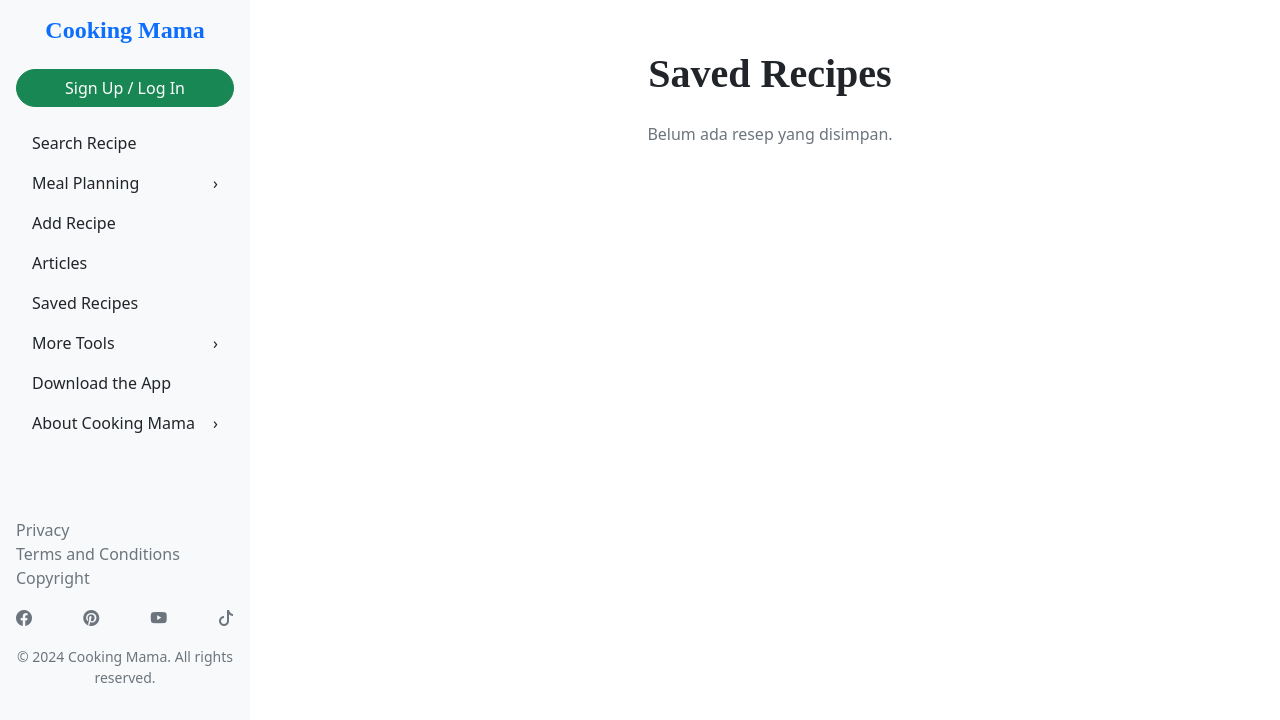
Repository: julius2510/UAS_Frontend_Kelompok10
Page: views/saved_recipes.html
The author's editor kept a copy of each file at every save. The page is drawn from the files as they stood at one save, then again after the next save.
The browser window is 1280 px wide. The pictures show the whole page.

Above is the page before, as saved 2024-11-24 09:08:33.
Console error: TypeError: Cannot read properties of null (reading 'addEventListener')

### views/saved_recipes.html
<!DOCTYPE html>
<html lang="en">
<head>
  <meta charset="UTF-8">
  <meta name="viewport" content="width=device-width, initial-scale=1.0">
  <title>Saved Recipes</title>
  <link href="https://cdn.jsdelivr.net/npm/bootstrap@5.3.0/dist/css/bootstrap.min.css" rel="stylesheet">
  <link href="https://cdn.jsdelivr.net/npm/bootstrap-icons/font/bootstrap-icons.css" rel="stylesheet">
</head>
<body>
  <div class="d-flex">
    <!-- Sidebar Navbar -->
    <nav class="bg-light p-3 d-flex flex-column justify-content-between" style="width: 250px; height: 100vh; position: fixed; top: 0; left: 0; overflow-y: auto;">
      <!-- Header -->
      <div>
        <a href="/" style="text-decoration: none;">
          <h2 class="fs-4 fw-bold text-primary text-center" style="font-family: cursive;">Cooking Mama</h2>
        </a>
        <a href="/loginin" style="text-decoration: none;">
          <button class="btn btn-success w-100 rounded-pill my-3">Sign Up / Log In</button>
        </a>
        <ul class="nav flex-column">
          <!-- Search Recipe -->
          <li class="nav-item">
            <a href="/" class="nav-link text-dark">Search Recipe<span class="float-end"></span></a>
          </li>
          <!-- Meal Planning -->
          <li class="nav-item">
            <a class="nav-link text-dark" data-bs-toggle="collapse" href="#collapseMealPlanning" role="button" aria-expanded="false" aria-controls="collapseMealPlanning">
              Meal Planning <span class="float-end">&rsaquo;</span>
            </a>
            <div class="collapse" id="collapseMealPlanning">
              <ul class="list-unstyled ps-3">
                <li><a href="#" class="nav-link text-secondary">Weekly Plan</a></li>
                <li><a href="#" class="nav-link text-secondary">Shopping List</a></li>
              </ul>
            </div>
          </li>
          <!-- Recipes -->
          <li class="nav-item">
            <a href="/addrecipe" class="nav-link text-dark">Add Recipe<span class="float-end"></span></a>
          </li>
          <!-- Articles -->
          <li class="nav-item">
            <a href="/article" class="nav-link text-dark">Articles <span class="float-end"></span></a>
          </li>
          <!-- Saved Recipes -->
          <li class="nav-item">
            <a href="/resep" class="nav-link text-dark">Saved Recipes <span class="float-end"></span></a>
          </li>
          <!-- More Tools -->
          <li class="nav-item">
            <a class="nav-link text-dark" data-bs-toggle="collapse" href="#collapseTools" role="button" aria-expanded="false" aria-controls="collapseTools">
              More Tools <span class="float-end">&rsaquo;</span>
            </a>
            <div class="collapse" id="collapseTools">
              <ul class="list-unstyled ps-3">
                <li><a href="#" class="nav-link text-secondary">Cooking Timer</a></li>
                <li><a href="#" class="nav-link text-secondary">Measurement Converter</a></li>
              </ul>
            </div>
          </li>
          <!-- Download the App -->
          <li class="nav-item">
            <a href="#" class="nav-link text-dark">Download the App <span class="float-end"></span></a>
          </li>

          <li class="nav-item">
            <a class="nav-link text-dark" data-bs-toggle="collapse" href="#collapseAbout" role="button" aria-expanded="false" aria-controls="collapseTools">
              About Cooking Mama <span class="float-end">&rsaquo;</span>
            </a>
            <div class="collapse" id="collapseAbout">
              <ul class="list-unstyled ps-3">
                <li><a href="/about" class="nav-link text-secondary">About Us</a></li>
                <li><a href="contact.html" class="nav-link text-secondary">Contact Us</a></li>
                <li><a href="faq.html" class="nav-link text-secondary">FAQ</a></li>
              </ul>
            </div>
          </li>
        </ul>
      </div>

      <!-- Footer -->
      <div>
        <ul class="list-unstyled">
          <li><a href="#" class="nav-link text-secondary">Privacy</a></li>
          <li><a href="#" class="nav-link text-secondary">Terms and Conditions</a></li>
          <li><a href="#" class="nav-link text-secondary">Copyright</a></li>
        </ul>
        <div class="d-flex justify-content-between mt-3">
          <a href="#" class="text-secondary"><i class="bi bi-facebook"></i></a>
          <a href="#" class="text-secondary"><i class="bi bi-pinterest"></i></a>
          <a href="#" class="text-secondary"><i class="bi bi-youtube"></i></a>
          <a href="#" class="text-secondary"><i class="bi bi-tiktok"></i></a>
        </div>
        <p class="text-secondary mt-3 text-center small">© 2024 Cooking Mama. All rights reserved.</p>
      </div>
    </nav>

    <!-- Main Content -->
    <div class="container" style="margin-left: 260px; margin-top: 50px;">
      <h1 class="text-center fw-bold mb-4" style="font-family: cursive;">Saved Recipes</h1>
      <div id="savedRecipesList" class="row g-4"></div>
      <div id="recipeDetails" class="mt-5"></div>
    </div>

    <script>



      // Fungsi untuk mengambil detail resep berdasarkan ID
      async function getRecipeDetails(recipeId) {
        try {
          // Ganti dengan URL API resep yang valid atau sumber data Anda
          const apiKey = "c30bb4e46d6d4ec082eb3f1c8cf1c071"; // Ganti dengan kunci API Anda
          const response = await fetch(`https://api.spoonacular.com/recipes/${recipeId}/information?apiKey=${apiKey}`);
          if (!response.ok) throw new Error('Gagal memuat data resep.');
          const data = await response.json();
          return data;
        } catch (error) {
          alert('Terjadi kesalahan saat mengambil detail resep: ' + error.message);
          return null;
        }
      }

// Fungsi untuk menampilkan detail resep
async function viewRecipeDetails(recipeId) {
  const recipe = await getRecipeDetails(recipeId);

  // Periksa apakah data berhasil diambil
  if (!recipe) {
    const recipeDetailsDiv = document.getElementById('recipeDetails');
    recipeDetailsDiv.innerHTML = `
      <div class="alert alert-danger text-center">
        Gagal memuat detail resep. Silakan coba lagi nanti.
      </div>
    `;
    return;
  }

  const recipeDetailsDiv = document.getElementById('recipeDetails');
  recipeDetailsDiv.innerHTML = `
    <div class="card shadow-lg mt-4">
      <div class="card-header bg-primary text-white">
        <h2>${recipe.title}</h2>
      </div>
      <div class="card-body">
        <img src="${recipe.image}" class="img-fluid mb-3 rounded" alt="${recipe.title}">
        <h5 class="fw-bold">Bahan-Bahan:</h5>
        <ul>
          ${recipe.extendedIngredients && recipe.extendedIngredients.length > 0
            ? recipe.extendedIngredients.map(ing => `<li>${ing.original}</li>`).join('')
            : '<li>Bahan tidak tersedia.</li>'}
        </ul>

        <h5 class="fw-bold">Langkah-Langkah:</h5>
        <ol>
          ${recipe.analyzedInstructions && recipe.analyzedInstructions.length > 0 && recipe.analyzedInstructions[0].steps.length > 0
            ? recipe.analyzedInstructions[0].steps.map(step => `<li>${step.step}</li>`).join('')
            : '<li>Langkah-langkah tidak tersedia.</li>'}
        </ol>
        <button class="btn btn-secondary mt-3" onclick="recipeDetailsDiv.innerHTML=''">Tutup</button>
      </div>
    </div>
  `;
}

      // Fungsi untuk menampilkan resep yang disimpan
      function loadSavedRecipes() {
        const savedRecipes = JSON.parse(localStorage.getItem('savedRecipes')) || [];
        const savedRecipesList = document.getElementById('savedRecipesList');
        savedRecipesList.innerHTML = '';

        if (savedRecipes.length === 0) {
          savedRecipesList.innerHTML = `<p class="text-center text-secondary">Belum ada resep yang disimpan.</p>`;
          return;
        }

        savedRecipes.forEach((recipe, index) => {
          const recipeCard = `
            <div class="col-md-4">
              <div class="card shadow-lg border-0 h-100" style="overflow: hidden;">
                <img src="${recipe.image}" class="card-img-top" alt="${recipe.title}" style="height: 200px; object-fit: cover;">
                <div class="card-body d-flex flex-column">
                  <h5 class="card-title text-primary fw-bold">${recipe.title}</h5>
                  <div class="mt-auto">
                    <button class="btn btn-primary w-100 mb-2 rounded-pill" onclick="viewRecipeDetails('${recipe.id}')">
                      <i class="bi bi-eye"></i> View Recipe
                    </button>
                    <button class="btn btn-danger w-100 rounded-pill" onclick="deleteRecipe(${index})">
                      <i class="bi bi-trash"></i> Delete Recipe
                    </button>
                  </div>
                </div>
              </div>
            </div>
          `;
          savedRecipesList.innerHTML += recipeCard;
        });
      }

      // Fungsi untuk menghapus resep dari Local Storage
      function deleteRecipe(index) {
        const savedRecipes = JSON.parse(localStorage.getItem('savedRecipes')) || [];
        savedRecipes.splice(index, 1); // Hapus resep berdasarkan indeks
        localStorage.setItem('savedRecipes', JSON.stringify(savedRecipes)); // Perbarui Local Storage
        loadSavedRecipes(); // Perbarui tampilan
      }

      // Fungsi untuk menyimpan resep ke Local Storage
      function saveRecipe(id, title, image) {
        const savedRecipes = JSON.parse(localStorage.getItem('savedRecipes')) || [];
        savedRecipes.push({ id, title, image });
        localStorage.setItem('savedRecipes', JSON.stringify(savedRecipes));
        alert(`Resep "${title}" telah disimpan!`);
      }

      // Muat resep saat halaman selesai dimuat
      document.addEventListener('DOMContentLoaded', loadSavedRecipes);

      document.addEventListener('DOMContentLoaded', function () {
    // Cek apakah pengguna sudah login
    const user = JSON.parse(localStorage.getItem('user'));
    if (user) {
      updateNavbarForLoggedInUser(user);
    }

    // Tambahkan event listener untuk form login dan signup
    document.getElementById("loginForm").addEventListener("submit", handleFormSubmit);
    document.getElementById("signupForm").addEventListener("submit", handleFormSubmit);
  });

  async function handleFormSubmit(event) {
    event.preventDefault();

    const formData = new FormData(event.target);
    const formType = event.target.id; // loginForm atau signupForm
    const data = Object.fromEntries(formData.entries());
    const formAction = formType === "loginForm"
      ? "http://localhost:3000/login"
      : "http://localhost:3000/signup";

    try {
      const response = await fetch(formAction, {
        method: "POST",
        headers: {
          "Content-Type": "application/json",
        },
        body: JSON.stringify(data),
      });

      if (!response.ok) {
        const error = await response.json();
        alert(error.message || "Terjadi kesalahan");
        return;
      }

      const result = await response.json();
      // Simpan data pengguna ke localStorage
      localStorage.setItem("user", JSON.stringify(result.user));

      // Update navbar dengan informasi pengguna
      updateNavbarForLoggedInUser(result.user);

      // Arahkan ke halaman utama atau profil
      window.location.href = "/";
    } catch (error) {
      alert("Terjadi kesalahan: " + error.message);
    }
  }

  function updateNavbarForLoggedInUser(user) {
    const navbar = document.querySelector("nav");
    const signupLoginButton = navbar.querySelector(".btn");
    const userProfileHtml = `
      <div class="d-flex align-items-center ms-5">
        <i class="bi bi-person-circle fs-3 text-secondary me-2"></i>
        <a href="/profile" style="text-decoration: none;">${user.name}</a>
      </div>
    `;
    signupLoginButton.outerHTML = userProfileHtml;
  }
    </script>

    <script src="https://cdn.jsdelivr.net/npm/bootstrap@5.3.0/dist/js/bootstrap.bundle.min.js"></script>
  </body>
</html>

After the next save:
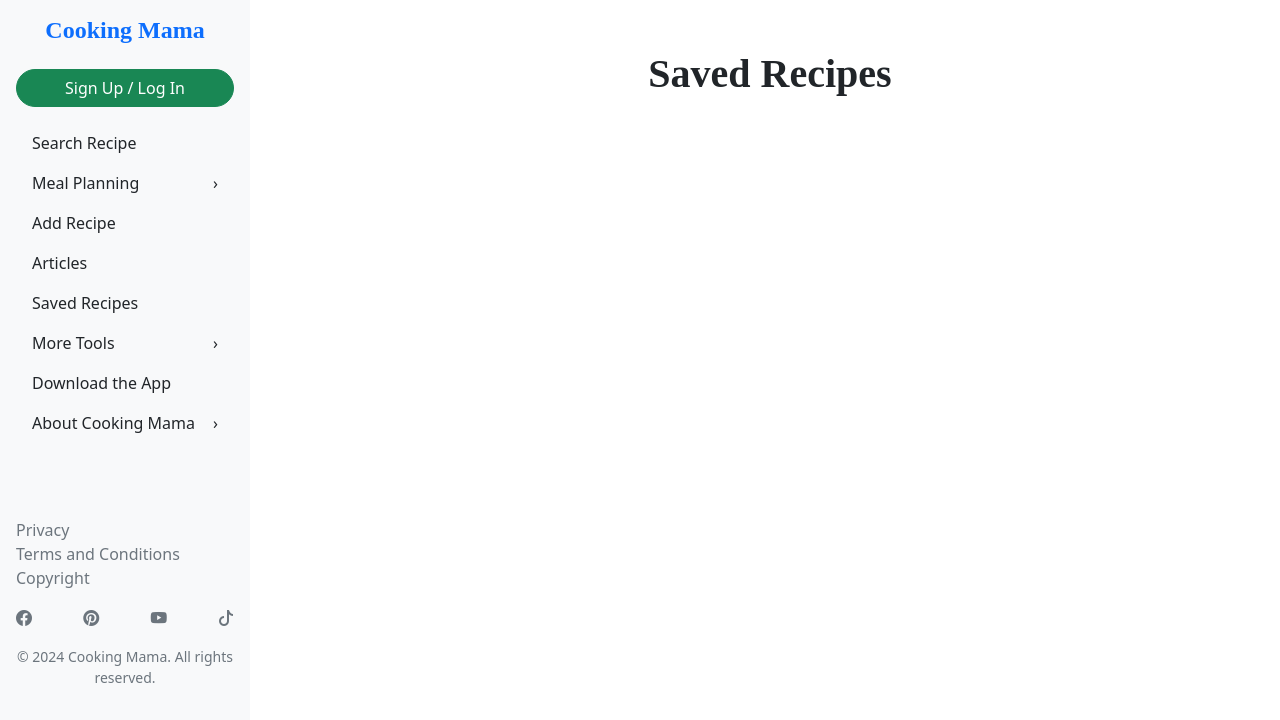
Console error: SyntaxError: Unexpected end of input
Saved 9 s later.
--- a/views/saved_recipes.html
+++ b/views/saved_recipes.html
@@ -106,6 +106,37 @@
 
     <script>
 
+function displayRecipes(recipes) {
+  resultsDiv.innerHTML = '';
+  recipeDetailsDiv.innerHTML = ''; // Bersihkan detail sebelumnya
+  if (!recipes || recipes.length === 0) {
+    resultsDiv.innerHTML = '<p class="text-center">Tidak ada resep ditemukan.</p>';
+    return;
+  }
+
+  recipes.forEach(recipe => {
+    console.log(`Displaying recipe: ID=${recipe.id}, Title=${recipe.title}`); // Debug log
+    const recipeCard = `
+      <div class="col-md-4">
+        <div class="card shadow-lg border-0 h-100" style="overflow: hidden; transition: transform 0.3s;">
+          <img src="${recipe.image}" class="card-img-top" alt="${recipe.title}" style="height: 200px; object-fit: cover;">
+          <div class="card-body d-flex flex-column">
+            <h5 class="card-title text-primary fw-bold">${recipe.title}</h5>
+            <p class="text-secondary small">Cocok untuk menu harian anda!</p>
+            <div class="mt-auto">
+              <button class="btn btn-success w-100 mb-2 rounded-pill" onclick="showRecipeDetails(${recipe.id})">
+                <i class="bi bi-eye"></i> Lihat Detail
+              </button>
+              <button class="btn btn-success w-100 rounded-pill" onclick="saveRecipe('${recipe.title}', '${recipe.image}')">
+                <i class="bi bi-bookmark"></i> Save Recipe
+              </button>
+            </div>
+          </div>
+        </div>
+      </div>
+    `;
+    resultsDiv.innerHTML += recipeCard;
+  });
 
 
       // Fungsi untuk mengambil detail resep berdasarkan ID

After the save that followed:
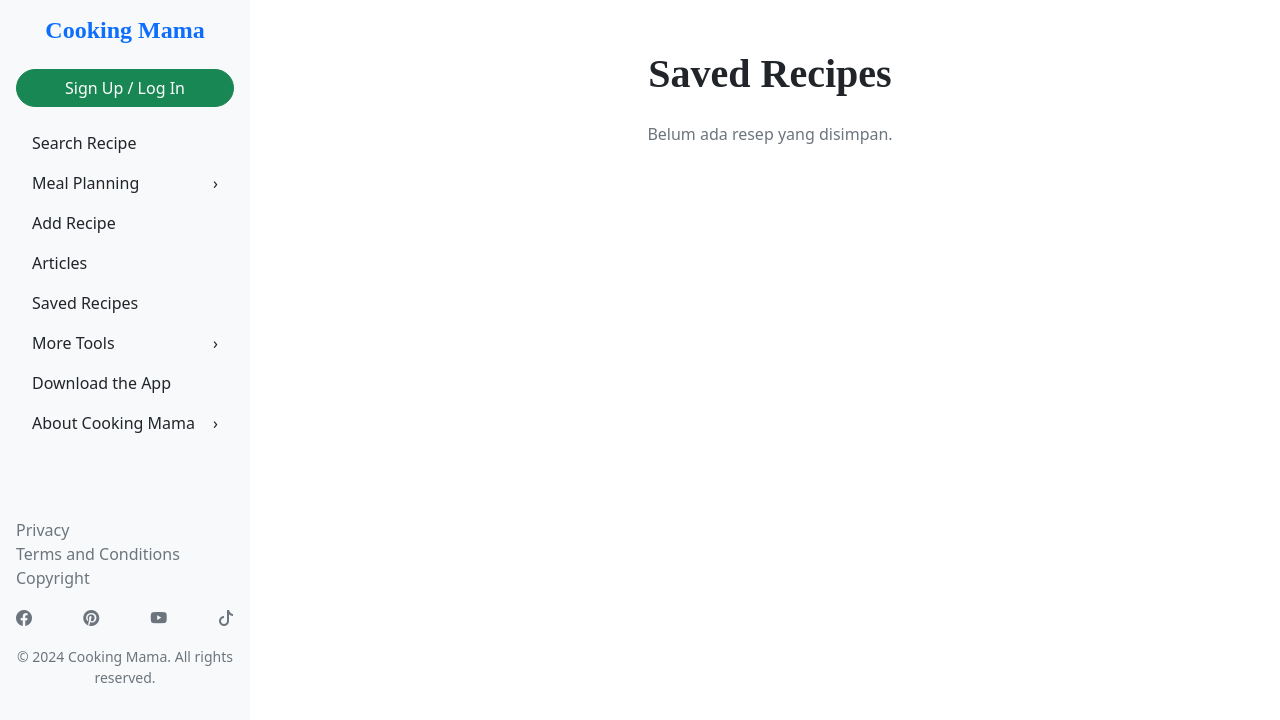
Console error: TypeError: Cannot read properties of null (reading 'addEventListener')
Saved 5 s later.
--- a/views/saved_recipes.html
+++ b/views/saved_recipes.html
@@ -137,7 +137,7 @@
     `;
     resultsDiv.innerHTML += recipeCard;
   });
-
+}
 
       // Fungsi untuk mengambil detail resep berdasarkan ID
       async function getRecipeDetails(recipeId) {
